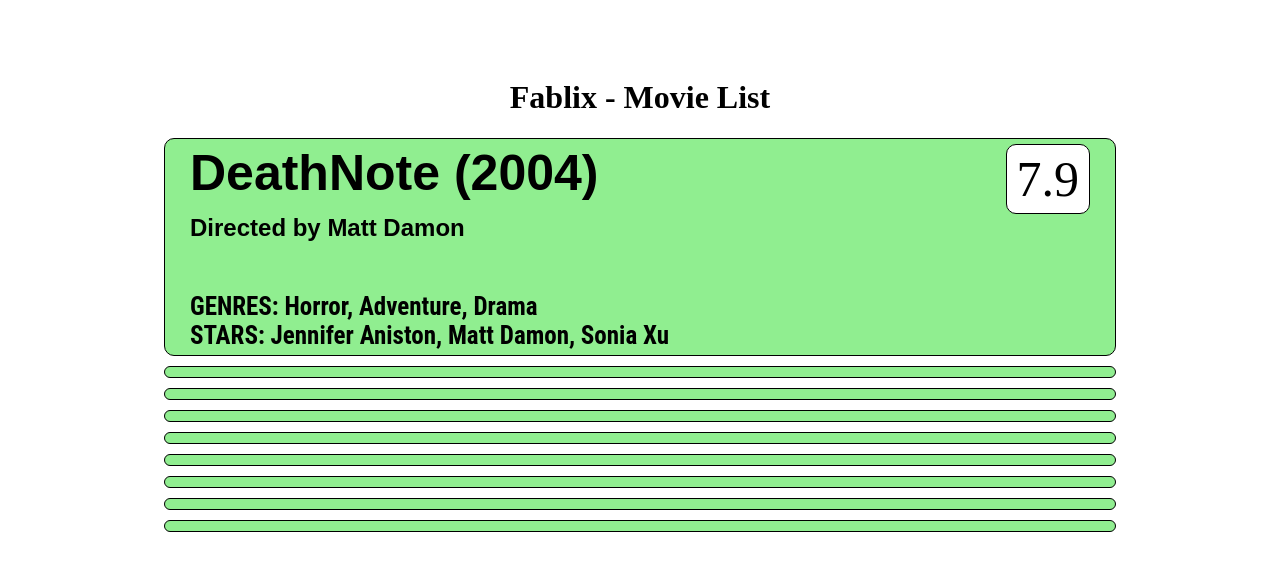
Repository: csumphan/fablix
Page: Project1/WebContent/index.html
These files come from the project's save history. The page is drawn as it stood at one moment and after the next save; the edit follows.
The browser window is 1280 px wide. The pictures show the whole page.
Some web fonts or font styles are not loaded; a fallback is used.

Above is the page before, as saved 2018-01-23 00:30:27.

After the next save:
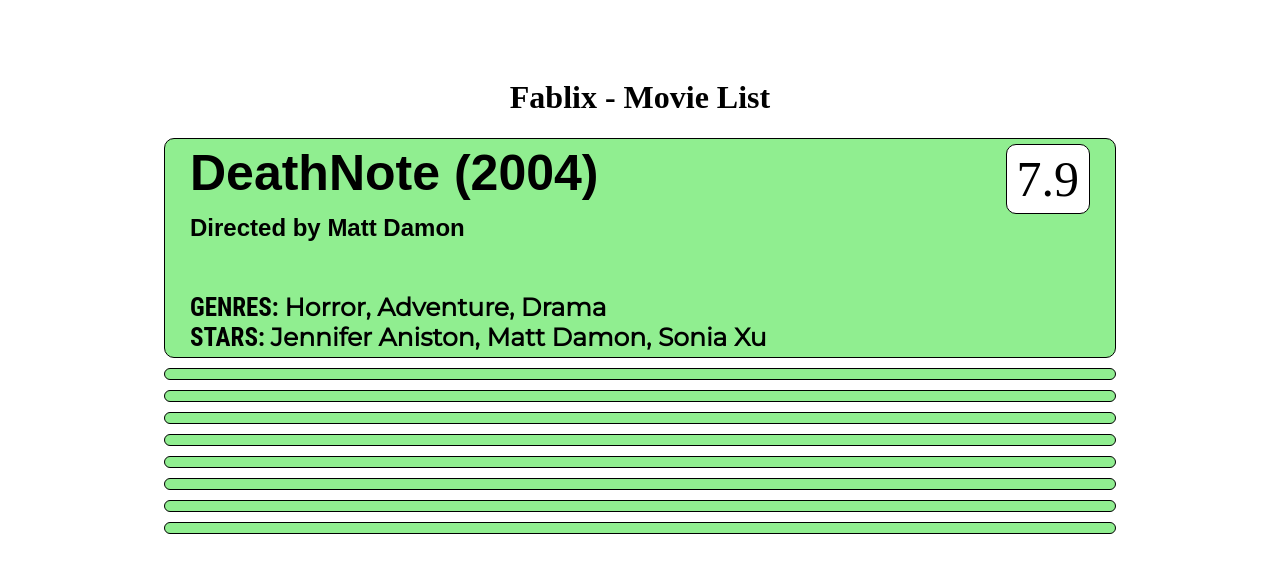
Saved 7 s later.
--- a/Project1/WebContent/index.html
+++ b/Project1/WebContent/index.html
@@ -20,10 +20,10 @@
 			<div class="info-container">
 				<div class="genres-container">
 					GENRES:
-					<span class="genres-list">Horror, Adventure, Drama</span>
+					<span class="list">Horror, Adventure, Drama</span>
 				</div>
 				<div class="stars-container">
-					STARS: <span class="stars-list">Jennifer Aniston, Matt Damon, Sonia Xu</span>
+					STARS: <span class="list">Jennifer Aniston, Matt Damon, Sonia Xu</span>
 				</div>
 			</div>
 		</div>

After the save that followed:
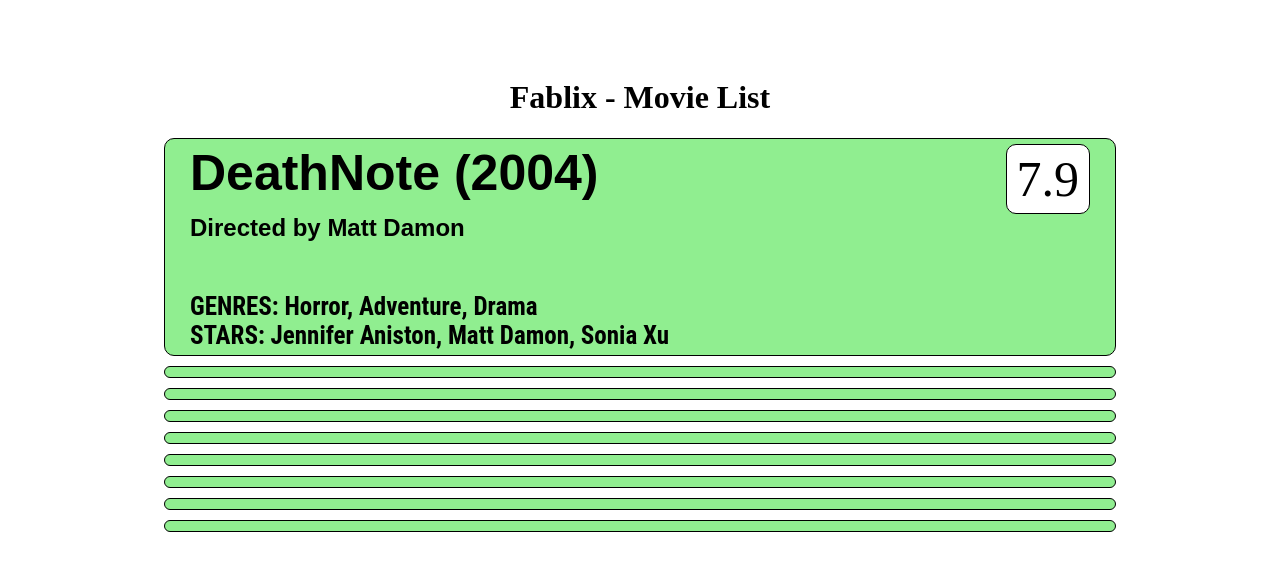
Saved 9 s later.
--- a/Project1/WebContent/index.html
+++ b/Project1/WebContent/index.html
@@ -20,10 +20,10 @@
 			<div class="info-container">
 				<div class="genres-container">
 					GENRES:
-					<span class="list">Horror, Adventure, Drama</span>
+					<span class="info-list">Horror, Adventure, Drama</span>
 				</div>
 				<div class="stars-container">
-					STARS: <span class="list">Jennifer Aniston, Matt Damon, Sonia Xu</span>
+					STARS: <span class="info-list">Jennifer Aniston, Matt Damon, Sonia Xu</span>
 				</div>
 			</div>
 		</div>
